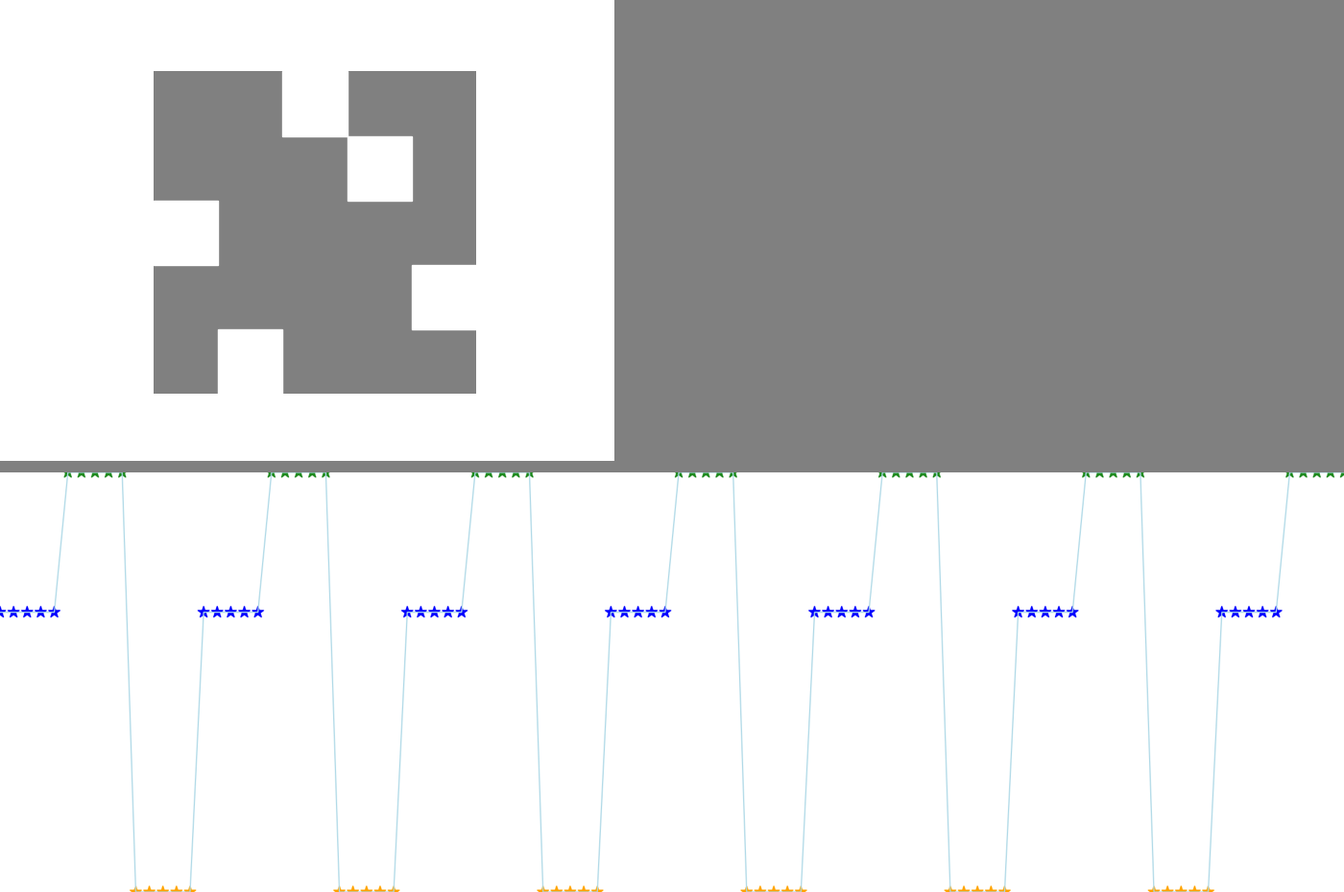
Repository: Carty-Bao/BNPHMM
Script's output: python code/synth.py
The author's editor kept a copy of each file at every save. The script's output is drawn from the files as they stood at one save, then again after the next save.
The pictures are shown at 96% of full size.
Each picture stacks the figures in order, with grey between them; figures that are only written to a file come last. Figures wider than 1,400 px are first shrunk to that width. Random numbers start from a fixed seed.

Above is the script's output before, as saved 2022-08-18 14:53:45.

After the next save:
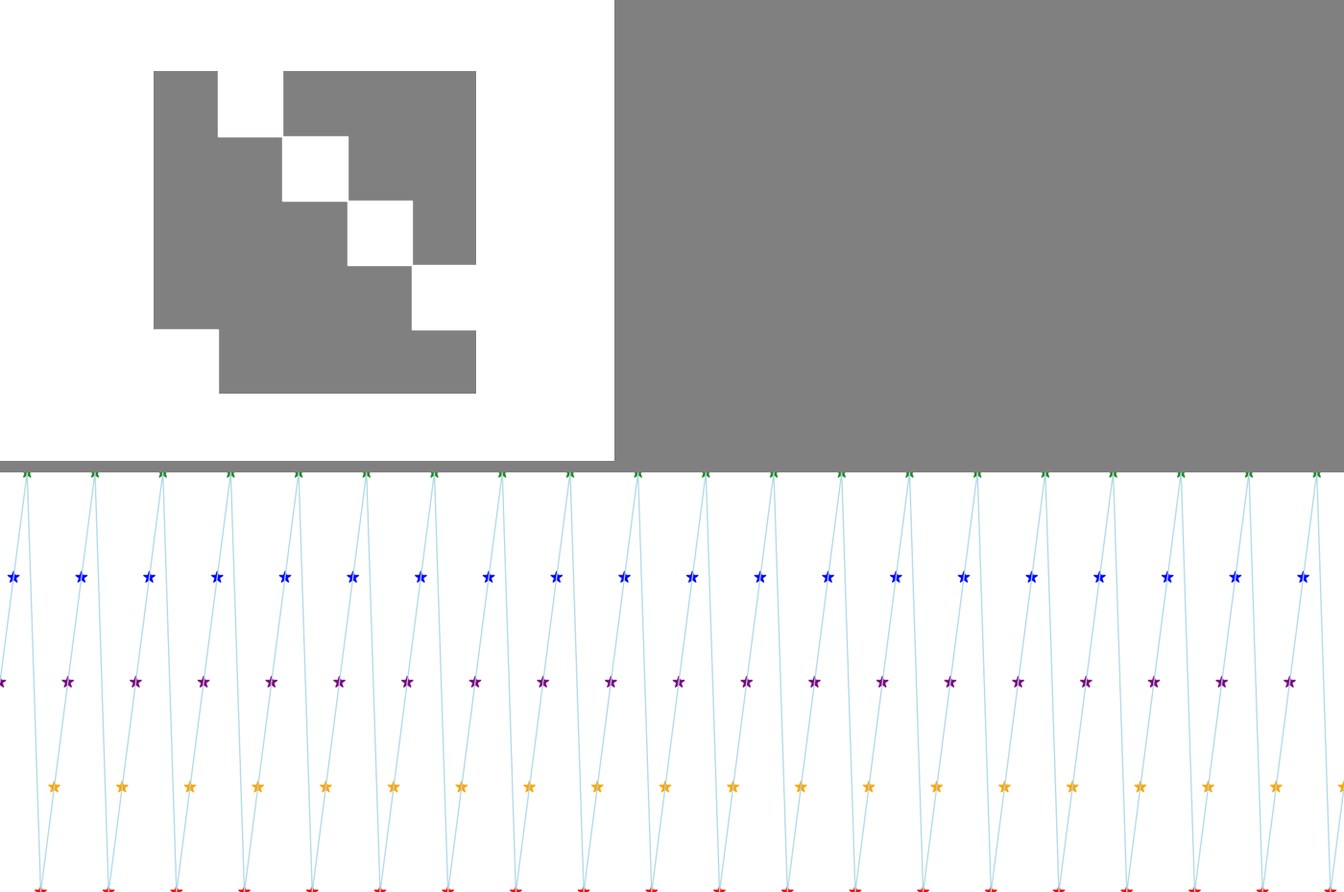
Saved 2 min 50 s later.
--- a/code/synth.py
+++ b/code/synth.py
@@ -251,7 +251,7 @@ if __name__=="__main__":
 
     #数据生成
     N, K_grnd, K = 100, 5, 10
-    X1, _, Z, mu_grd = Non_ideal_HMM(N, K_grnd, mu_sd_factor= 0, spur_ratio=0., miss_ratio=0,type='dwell')
+    X1, _, Z, mu_grd = Non_ideal_HMM(N, K_grnd, mu_sd_factor= 0, spur_ratio=0., miss_ratio=0,type='slide')
 
     # Ns = [100,150,180]
     # Ks = [4,5,6]
@@ -281,5 +281,5 @@ if __name__=="__main__":
     plt.subplots_adjust(top = 1, bottom = 0, right = 1, left = 0, hspace = 0, wspace = 0)
     plt.margins(0,0)
 
-    plt.savefig("genworkmode/dwell_color.png", transparent=False, dpi=300, pad_inches = 0,format='png')
+    plt.savefig("genworkmode/slide_color.png", transparent=False, dpi=300, pad_inches = 0,format='png')
     plt.show()
